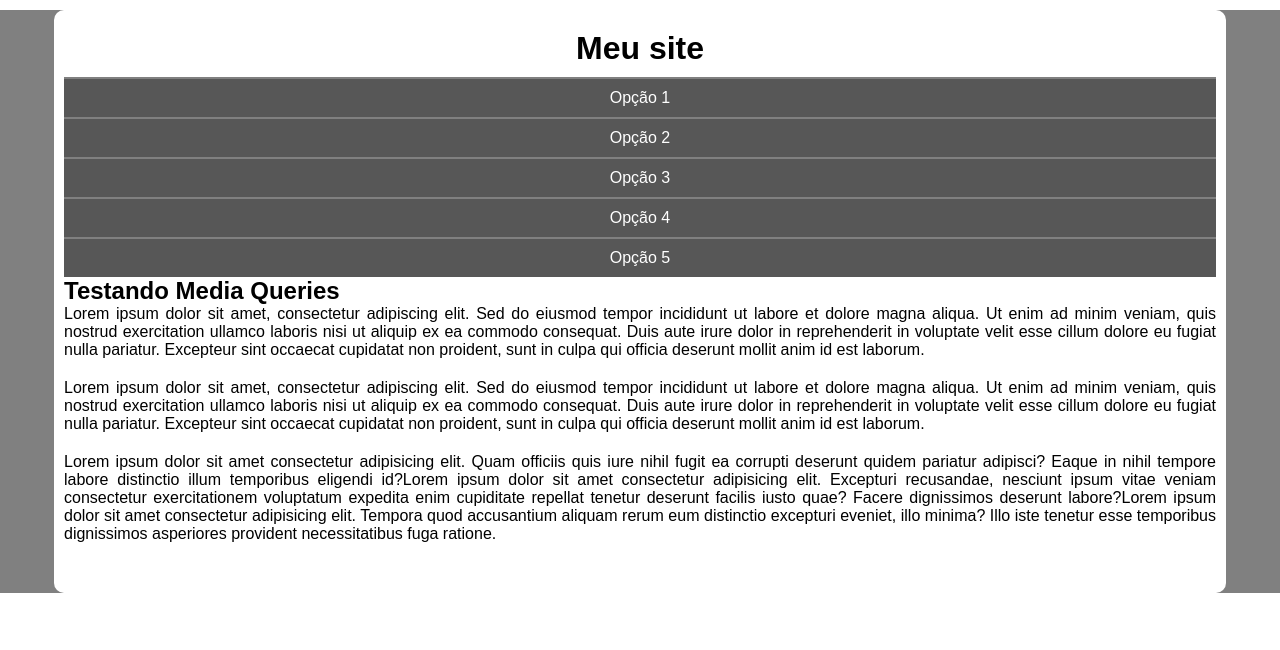
Repository: Sandro1969-tech/menu-hamburger
Page: index.html
These files come from the project's save history. The page is drawn as it stood at one moment and after a run of saves; the edit follows.
The browser window is 1280 px wide. The pictures show the whole page.

Above is the page before, as saved 2025-12-25 18:44:19.

After the next 4 saves:
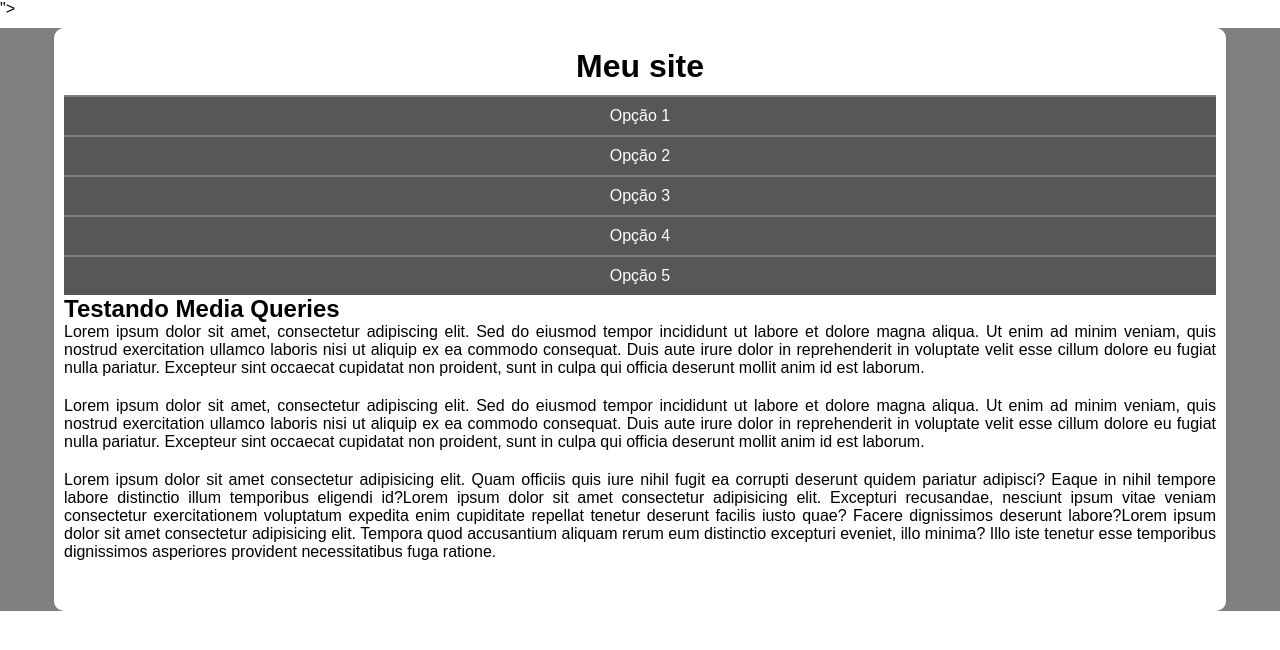
The 4 saves are shown as one change because they came seconds apart.
The last was saved 11 s later.
--- a/index.html
+++ b/index.html
@@ -5,7 +5,7 @@
     <meta name="viewport" content="width=device-width, initial-scale=1.0">
     <title>Media Queries</title>
     <link rel="stylesheet" href="style.css">
-    <link rel="icon" href="image/iconmenu.png" type="i
+    <link rel="icon" href="image/iconmenu.png" type="icon">
 
     ">
 </head>

After the 4 saves that followed:
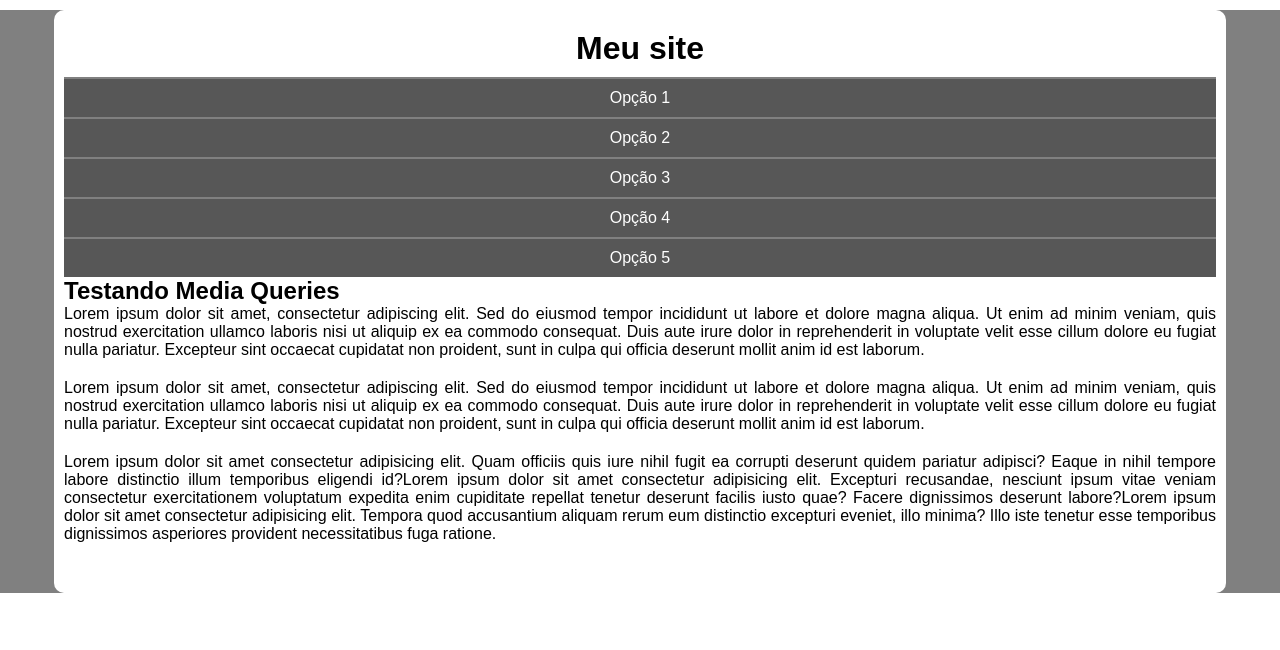
The 4 saves are shown as one change because 3 left the picture as it was.
The last was saved 39 s later.
--- a/index.html
+++ b/index.html
@@ -5,9 +5,7 @@
     <meta name="viewport" content="width=device-width, initial-scale=1.0">
     <title>Media Queries</title>
     <link rel="stylesheet" href="style.css">
-    <link rel="icon" href="image/iconmenu.png" type="icon">
-
-    ">
+    <link rel="icon" href="image/iconmenu.png" type="image/png">
 </head>
 <body>
   <header>
